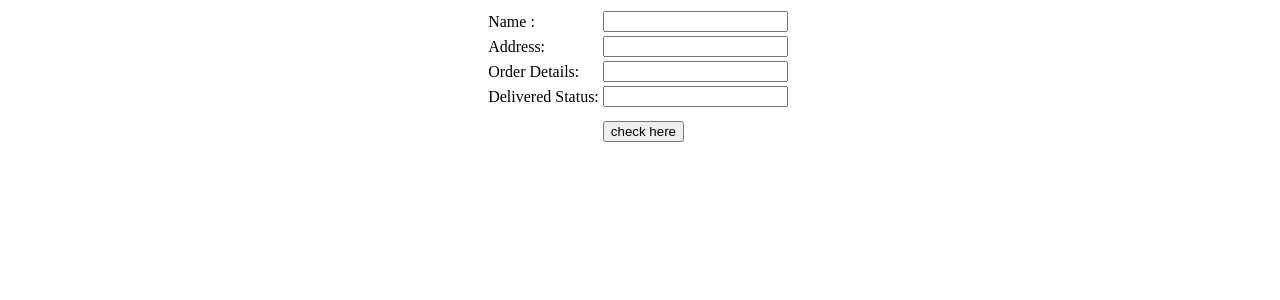
Repository: dhanasekar13/servlet
Page: shoopingjs/war/index.html
These files come from the project's save history. The page is drawn as it stood at one moment and after the next save; the edit follows.
The browser window is 1280 px wide. The pictures show the whole page.

Above is the page before, as saved 2017-05-11 12:15:56.

### shoopingjs/war/index.html
<!DOCTYPE HTML PUBLIC "-//W3C//DTD HTML 4.01 Transitional//EN">
<!-- The HTML 4.01 Transitional DOCTYPE declaration-->
<!-- above set at the top of the file will set     -->
<!-- the browser's rendering engine into           -->
<!-- "Quirks Mode". Replacing this declaration     -->
<!-- with a "Standards Mode" doctype is supported, -->
<!-- but may lead to some differences in layout.   -->

<html>
<head>
<meta http-equiv="content-type" content="text/html; charset=UTF-8">
<title>shooping details</title>
<script>
	function script1() {
var name=document.form1.var1.value;
var address=document.form1.var2.value;
var order=document.form1.var3.value;
var status=document.form1.var4.value;
		if(name==null||address==null||name=="")
			{
			document.getElementById("a1").innerHTML="invalid data";
			return false;
			}
	}
</script>
</head>

<body>
	<form name="form1" action="shoopingjs" method="get" onsubmit="return script1()">
		<center>
			<table>
				<tr>
					<td>Name :</td>
					<td><input type="text" name="var1"></td>
					<td><div id="a1"></div></td>
				</tr>
				<tr>
					<td>Address:</td>
					<td><input type="text" name="var2"></td>
					<td><div id="a2"></div></td>
				</tr>
				<tr>
					<td>Order Details:</td>
					<td><input type="text" name="var3"></td>
				<td><div id="a3"></div></td>
				</tr>
				<tr>
					<td>Delivered Status:</td>
					<td><input type="text" name="var4"></td>
			<td><div id="a4"></div></td>
				</tr>
				<tr>
				<tr>

					<td><a> <br> <br></a></td>
					<td><input type="submit" value="check here"></td>
				</tr>
				<tr>
					<td></td>
				</tr>
			</table>
		</center>


	</form>
</body>
</html>

After the next save:
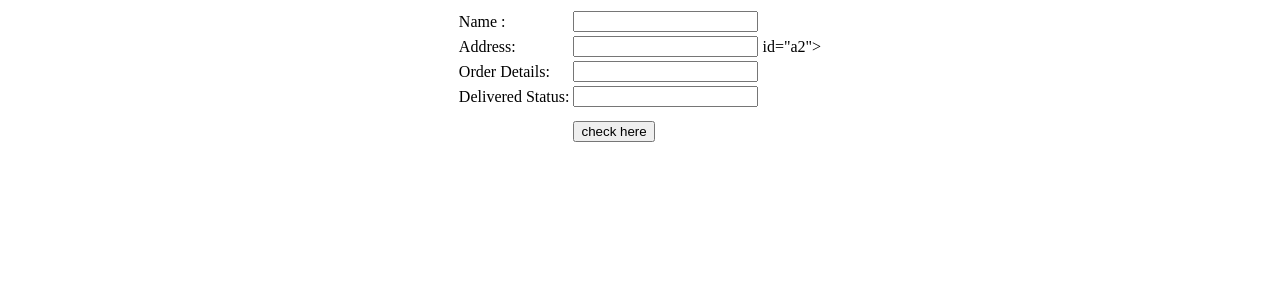
Saved 6 min 5 s later.
--- a/shoopingjs/war/index.html
+++ b/shoopingjs/war/index.html
@@ -31,13 +31,13 @@
 			<table>
 				<tr>
 					<td>Name :</td>
-					<td><input type="text" name="var1"></td>
+					<td><input type="text" name="var1" required></td>
 					<td><div id="a1"></div></td>
 				</tr>
 				<tr>
 					<td>Address:</td>
-					<td><input type="text" name="var2"></td>
-					<td><div id="a2"></div></td>
+					<td><input type="text" name="var2" required></td>
+					<td><div> id="a2"></div></td>
 				</tr>
 				<tr>
 					<td>Order Details:</td>

After the save that followed:
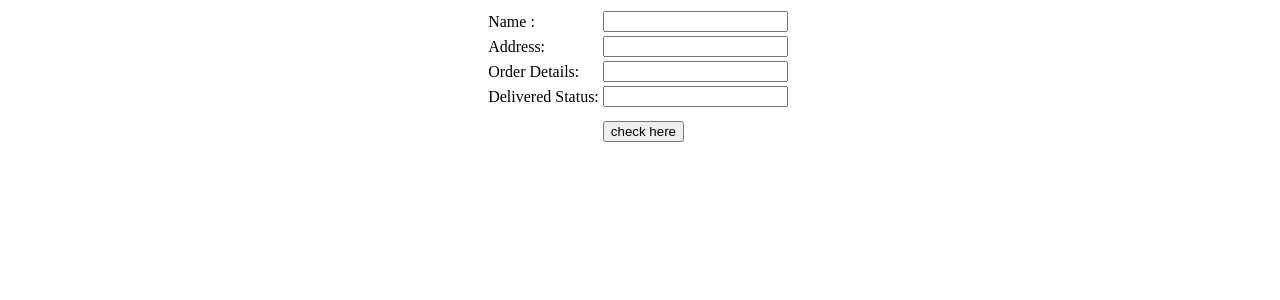
Saved 63 s later.
--- a/shoopingjs/war/index.html
+++ b/shoopingjs/war/index.html
@@ -37,7 +37,7 @@
 				<tr>
 					<td>Address:</td>
 					<td><input type="text" name="var2" required></td>
-					<td><div> id="a2"></div></td>
+					<td><div id="a2"></div></td>
 				</tr>
 				<tr>
 					<td>Order Details:</td>
